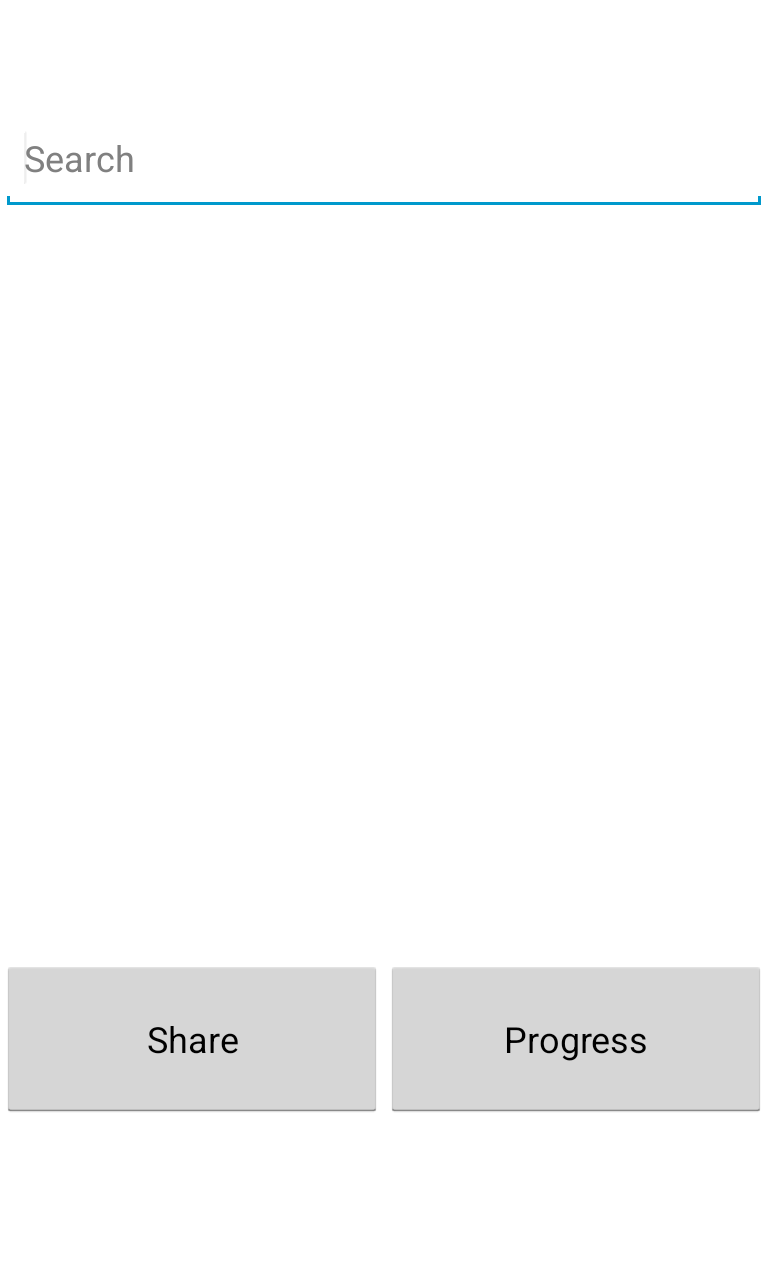
Repository: thinhnk55/android-appshare
Layout: ShareApp/res/layout/activity_main.xml
The author's editor kept a copy of each file at every save. The layout is drawn from the files as they stood at one save, then again after the next save.
It is drawn on a 768 x 1280 px phone screen (xhdpi) without system bars, with theme AppTheme; the app's code is not run.

Above is the layout before, as saved 2014-07-17 15:10:45.

After the next save:
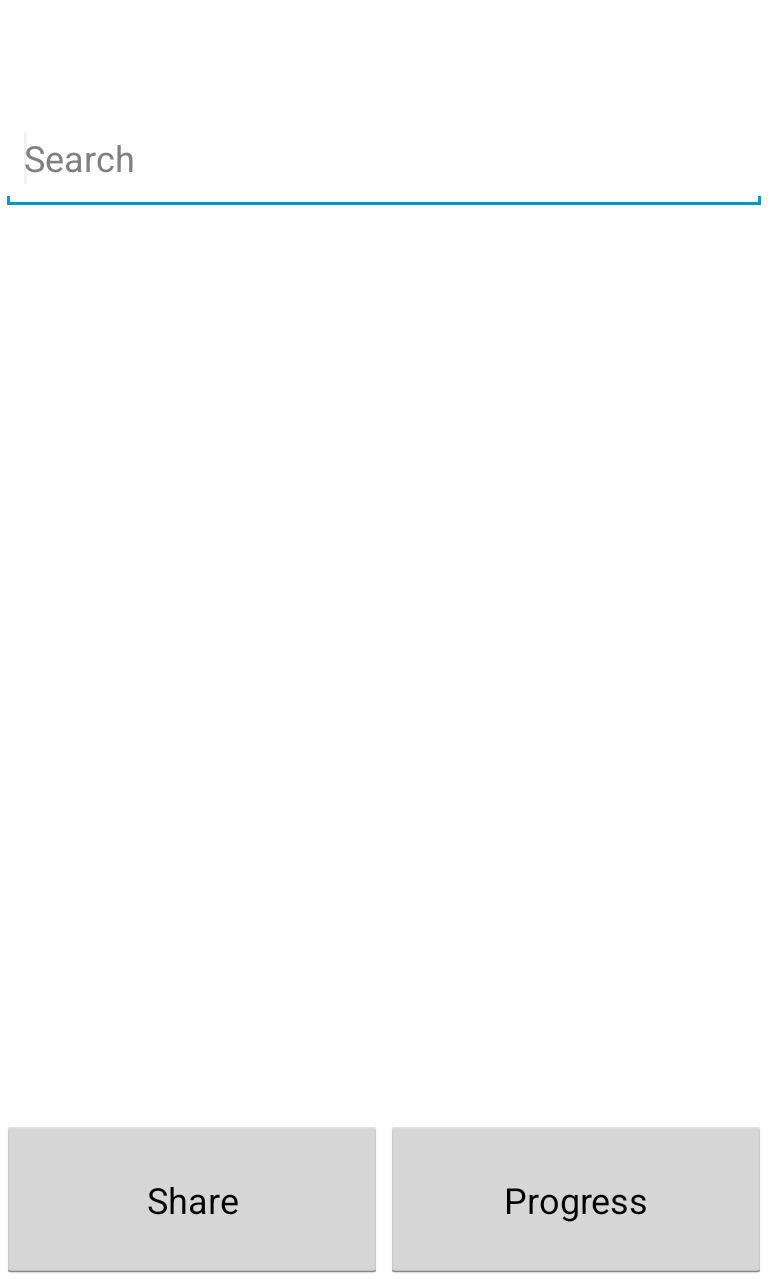
Saved 52 s later.
--- a/ShareApp/res/layout/activity_main.xml
+++ b/ShareApp/res/layout/activity_main.xml
@@ -50,7 +50,7 @@
                 android:id="@+id/horizontalScrollView1"
                 android:layout_width="match_parent"
                 android:layout_height="0dp"
-                android:weightSum="20" >
+                android:layout_weight="15">
 
                 <LinearLayout
                     android:layout_width="match_parent"
